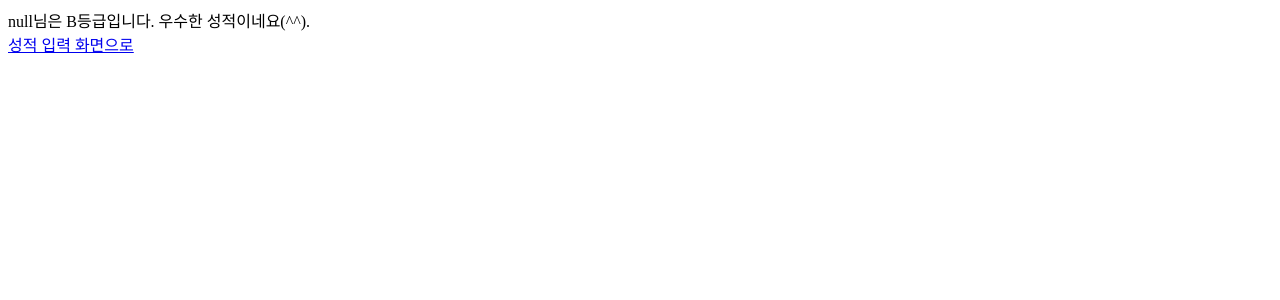
Repository: kdg0109/multicampus_course
Page: http://localhost/mvc/jspexam/gradeB.jsp
The author's editor kept a copy of each file at every save. The page is drawn from the files as they stood at one save, then again after the next save.
The browser window is 1280 px wide. The pictures show the whole page.
The page is served by Tomcat 9.

Above is the page before, as saved 2018-02-09 01:31:29.

After the next save:
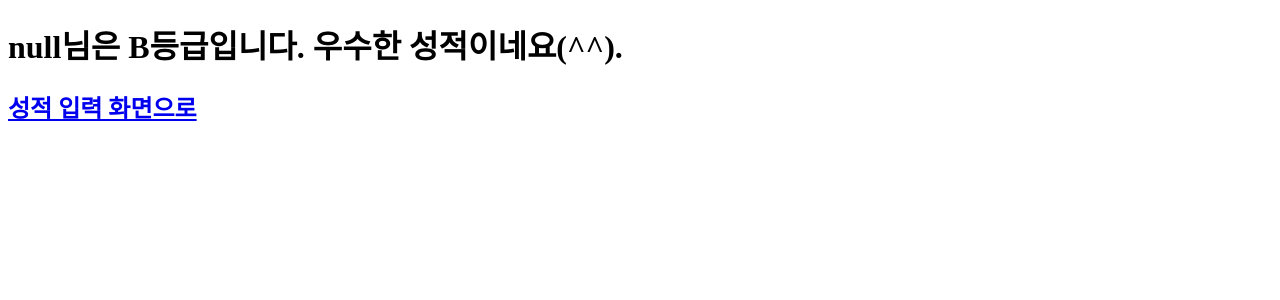
Saved 7 s later.
--- a/web course/workspace_web/mvc/WebContent/jspexam/gradeB.jsp
+++ b/web course/workspace_web/mvc/WebContent/jspexam/gradeB.jsp
@@ -7,7 +7,7 @@
 <title>성적 결과</title>
 </head>
 <body>
-<%= request.getParameter("name")%>님은 B등급입니다. 우수한 성적이네요(^^).<br>
+<h1><%= request.getParameter("name")%>님은 B등급입니다. 우수한 성적이네요(^^).<br><h2>
 <a	href="/mvc/htmlexam/eduForm.html">성적 입력 화면으로</a>
 </body>
 </html>
